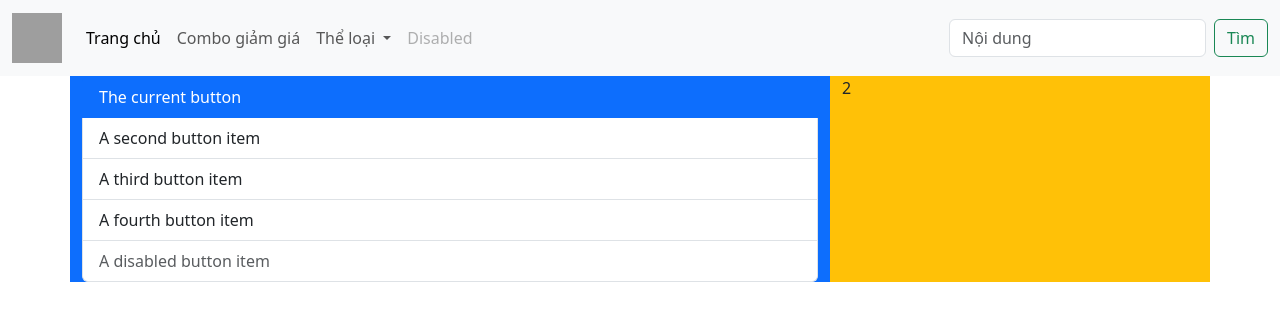
Repository: Vanh260703/Java-Servlet
Page: Bai4_Boostrap/src/main/webapp/index.html
These files come from the project's save history. The page is drawn as it stood at one moment and after the next save; the edit follows.
The browser window is 1280 px wide. The pictures show the whole page.
Pictures or frames that could not be fetched are drawn as grey boxes.

Above is the page before, as saved 2025-03-01 14:29:00.

### Bai4_Boostrap/src/main/webapp/index.html
<!DOCTYPE html>
<html>

<head>
<meta charset="UTF-8">
<title>Ví dụ Boostrap</title>
<link
	href="https://cdn.jsdelivr.net/npm/bootstrap@5.3.3/dist/css/bootstrap.min.css"
	rel="stylesheet"
	integrity="sha384-QWTKZyjpPEjISv5WaRU9OFeRpok6YctnYmDr5pNlyT2bRjXh0JMhjY6hW+ALEwIH"
	crossorigin="anonymous">
<script
	src="https://cdn.jsdelivr.net/npm/@popperjs/core@2.11.8/dist/umd/popper.min.js"
	integrity="sha384-I7E8VVD/ismYTF4hNIPjVp/Zjvgyol6VFvRkX/vR+Vc4jQkC+hVqc2pM8ODewa9r"
	crossorigin="anonymous"></script>
<script
	src="https://cdn.jsdelivr.net/npm/bootstrap@5.3.3/dist/js/bootstrap.min.js"
	integrity="sha384-0pUGZvbkm6XF6gxjEnlmuGrJXVbNuzT9qBBavbLwCsOGabYfZo0T0to5eqruptLy"
	crossorigin="anonymous"></script>
</head>

<body>
	<!--Navbar-->
	<nav class="navbar navbar-expand-lg bg-body-tertiary">
		<div class="container-fluid">
			<a class="navbar-brand" href="#"> <img
				src="https://www.saokim.com.vn/blog/wp-content/uploads/2022/04/logo-moi-cua-starbucks.jpg.webp"
				alt="Bootstrap" width="50" height="50">
			</a>
			<button class="navbar-toggler" type="button"
				data-bs-toggle="collapse" data-bs-target="#navbarSupportedContent"
				aria-controls="navbarSupportedContent" aria-expanded="false"
				aria-label="Toggle navigation">
				<span class="navbar-toggler-icon"></span>
			</button>
			<div class="collapse navbar-collapse" id="navbarSupportedContent">
				<ul class="navbar-nav me-auto mb-2 mb-lg-0">
					<li class="nav-item"><a class="nav-link active"
						aria-current="page" href="#">Trang chủ</a></li>
					<li class="nav-item"><a class="nav-link" href="#">Combo
							giảm giá</a></li>
					<li class="nav-item dropdown"><a
						class="nav-link dropdown-toggle" href="#" role="button"
						data-bs-toggle="dropdown" aria-expanded="false"> Thể loại </a>
						<ul class="dropdown-menu">
							<li><a class="dropdown-item" href="#">Quần Jean</a></li>
							<li><a class="dropdown-item" href="#">Áo thun</a></li>
							<li>
								<hr class="dropdown-divider">
							</li>
							<li><a class="dropdown-item" href="#">Áo sơ mi</a></li>
						</ul></li>
					<li class="nav-item"><a class="nav-link disabled"
						aria-disabled="true">Disabled</a></li>
				</ul>
				<form class="d-flex" role="search">
					<input class="form-control me-2" type="search"
						placeholder="Nội dung" aria-label="Search">
					<button class="btn btn-outline-success" type="submit">Tìm</button>
				</form>
			</div>
		</div>
	</nav>
	<!-- End Navbar -->

	<!-- Page content -->
	<div class="container">
		<div class="row">
			<div class="col-8 bg-primary">
				<div class="list-group">
					<button type="button"
						class="list-group-item list-group-item-action active"
						aria-current="true">The current button</button>
					<button type="button"
						class="list-group-item list-group-item-action">A second
						button item</button>
					<button type="button"
						class="list-group-item list-group-item-action">A third
						button item</button>
					<button type="button"
						class="list-group-item list-group-item-action">A fourth
						button item</button>
					<button type="button"
						class="list-group-item list-group-item-action" disabled>A
						disabled button item</button>
				</div>
			</div>
			<div class="col-4 bg-warning">2</div>
		</div>
	</div>
	<!--  End Page content -->

</body>

</html>

After the next save:
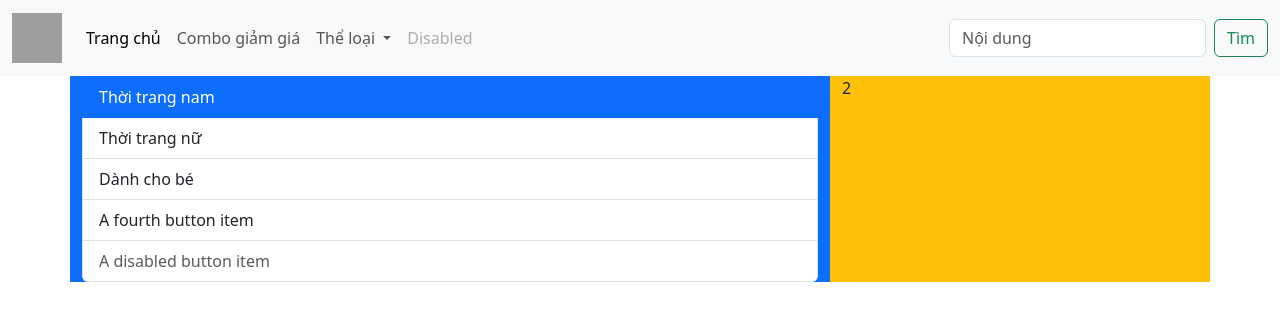
Saved 77 s later.
--- a/Bai4_Boostrap/src/main/webapp/index.html
+++ b/Bai4_Boostrap/src/main/webapp/index.html
@@ -70,13 +70,12 @@
 				<div class="list-group">
 					<button type="button"
 						class="list-group-item list-group-item-action active"
-						aria-current="true">The current button</button>
+						aria-current="true">Thời trang nam</button>
 					<button type="button"
-						class="list-group-item list-group-item-action">A second
-						button item</button>
+						class="list-group-item list-group-item-action">Thời trang nữ
+						</button>
 					<button type="button"
-						class="list-group-item list-group-item-action">A third
-						button item</button>
+						class="list-group-item list-group-item-action">Dành cho bé</button>
 					<button type="button"
 						class="list-group-item list-group-item-action">A fourth
 						button item</button>
